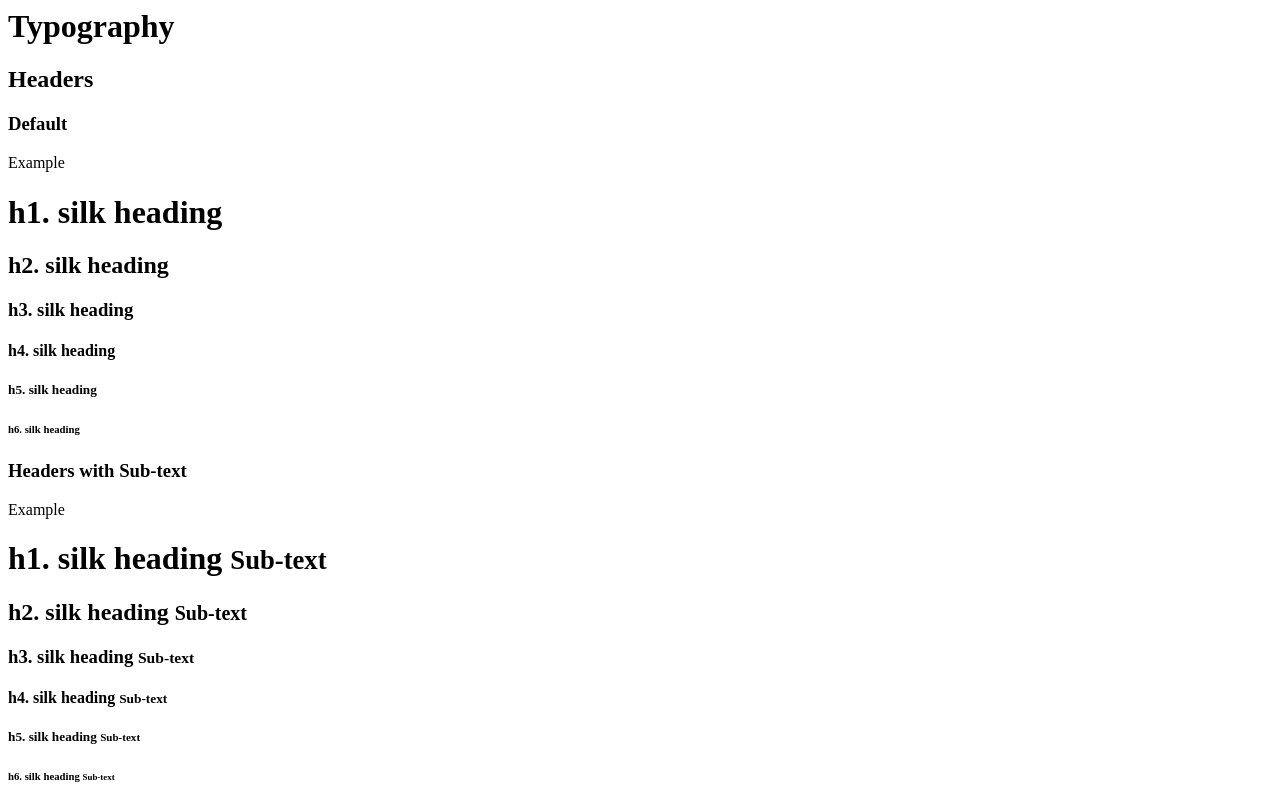
Repository: sympolinc/silk
Page: http://localhost/views/headings.php
The author's editor kept a record of every edit. The page is drawn from the files as they stood at one moment, then again after the next edit.
The browser window is 1280 px wide. The pictures show the whole page.
The page is run by PHP 8.4 with error messages shown; the project is at /var/www/html/.

Above is the page before.

### views/headings.php
<div class="section">
    <h1>Typography</h1>
    <div class="section">
        <h2>Headers</h2>
        <div class="section">
            <h3>Default</h3>
            <div class="silk-example">
                <span class="lang">Example</span>
                <div data-example>
                    <h1 class="no-toc">h1. silk heading</h1>
                    <h2 class="no-toc">h2. silk heading</h2>
                    <h3 class="no-toc">h3. silk heading</h3>
                    <h4 class="no-toc">h4. silk heading</h4>
                    <h5 class="no-toc">h5. silk heading</h5>
                    <h6 class="no-toc">h6. silk heading</h6>
                </div>
            </div>
        </div>
        <div class="section">
            <h3>Headers with Sub-text</h3>
            <div class="silk-example">
                <span class="lang">Example</span>
                <div data-example>
                    <h1 class="no-toc">h1. silk heading
                        <small>Sub-text</small>
                    </h1>
                    <h2 class="no-toc">h2. silk heading
                        <small>Sub-text</small>
                    </h2>
                    <h3 class="no-toc">h3. silk heading
                        <small>Sub-text</small>
                    </h3>
                    <h4 class="no-toc">h4. silk heading
                        <small>Sub-text</small>
                    </h4>
                    <h5 class="no-toc">h5. silk heading
                        <small>Sub-text</small>
                    </h5>
                    <h6 class="no-toc">h6. silk heading
                        <small>Sub-text</small>
                    </h6>
                </div>
            </div>
        </div>
    </div>
</div>

After the next edit:
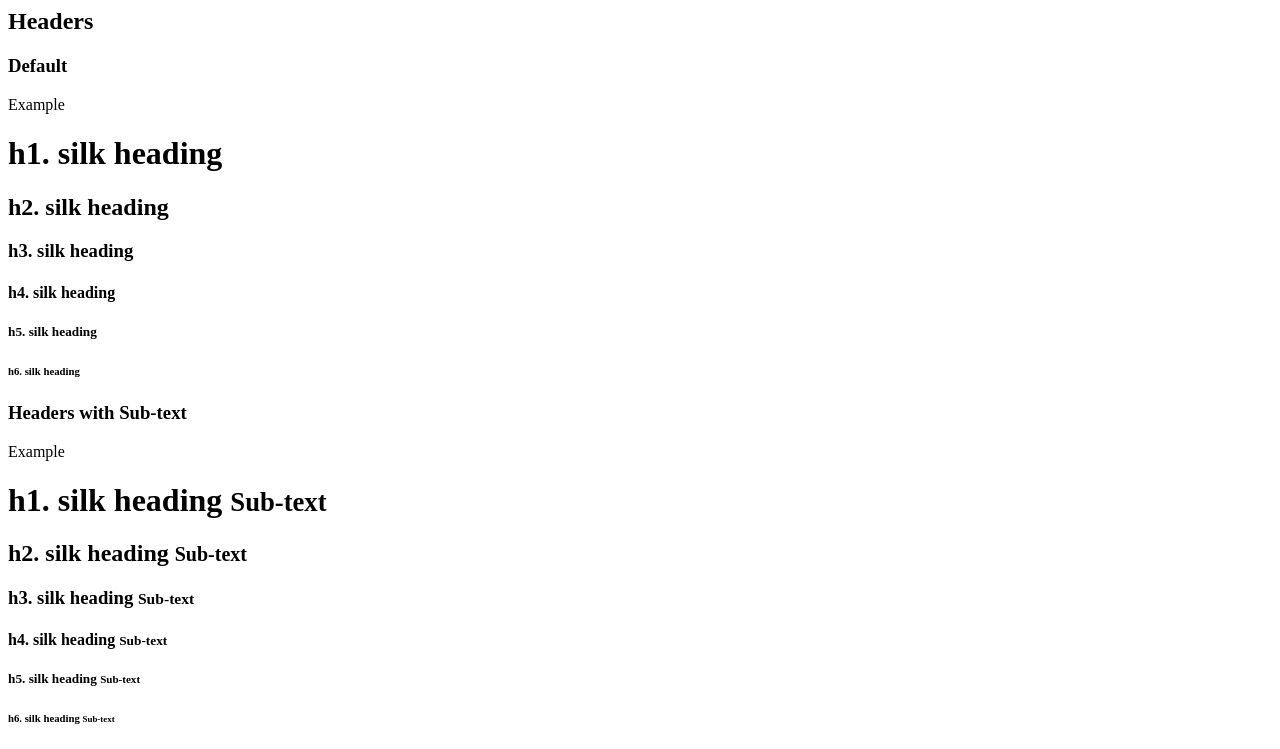
The edit:
--- a/views/headings.php
+++ b/views/headings.php
@@ -1,6 +1,4 @@
 <div class="section">
-    <h1>Typography</h1>
-    <div class="section">
         <h2>Headers</h2>
         <div class="section">
             <h3>Default</h3>
